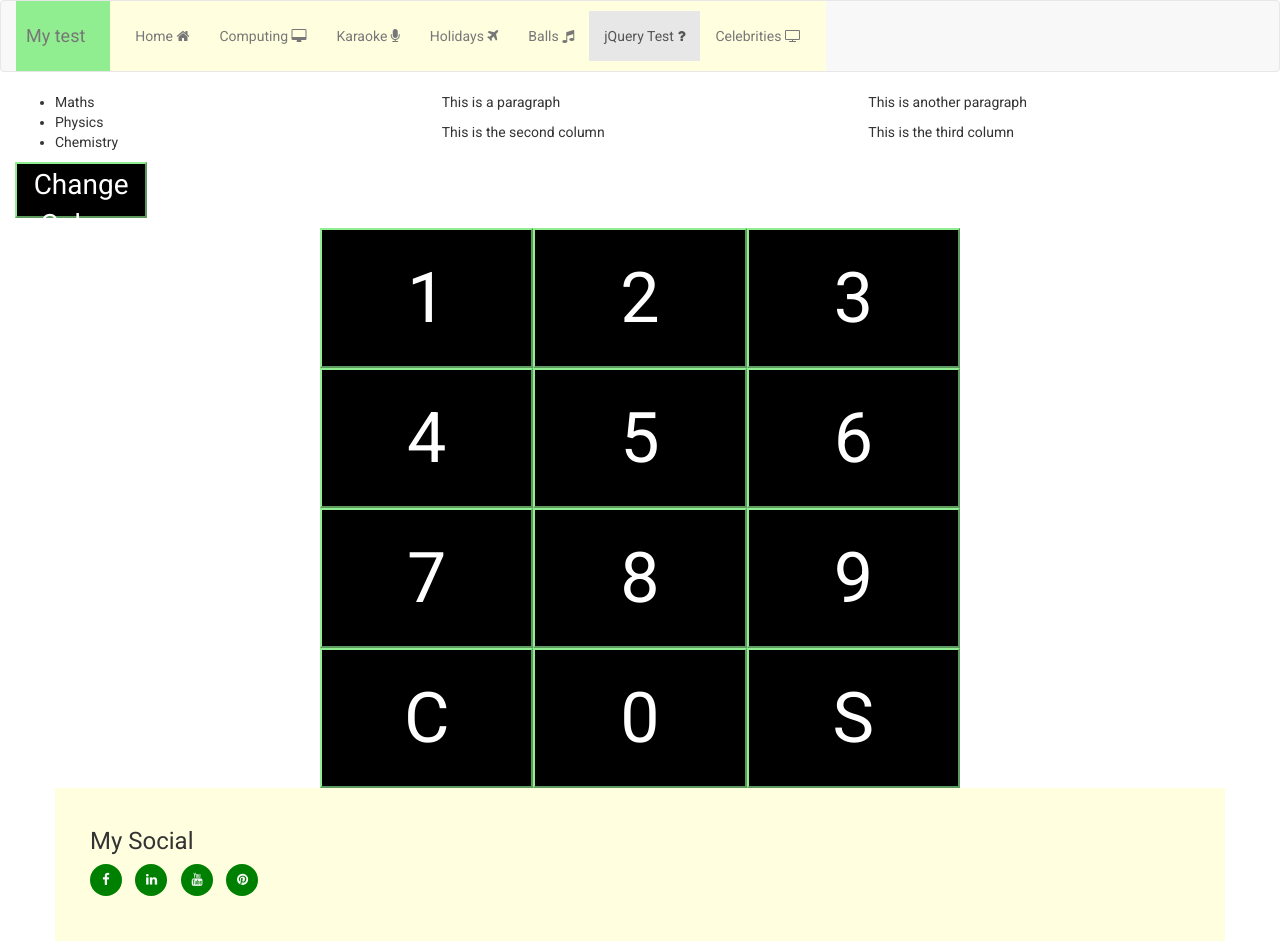
Repository: derektypist/bootstrap
Page: jquerydemo.html
The author's editor kept a record of every edit. The page is drawn from the files as they stood at one moment, then again after the next edit.
The browser window is 1280 px wide. The pictures show the whole page.
Some web libraries are served in a nearby version.

Above is the page before.

### jquerydemo.html
<!DOCTYPE html>
<html>
<head>
<meta name="viewport" content="width=device-width, initial-scale=1.0">
<title>Derek's Bootstrap Experience - Jquery Test</title>

<!-- Load Style Sheets -->

<link rel="stylesheet" href="https://maxcdn.bootstrapcdn.com/bootstrap/3.3.7/css/bootstrap.min.css">
<link rel="stylesheet" href="https://maxcdn.bootstrapcdn.com/font-awesome/4.7.0/css/font-awesome.min.css" type="text/css" />
<link rel="stylesheet" href="style.css" type="text/css">

<!-- Load Scripts -->
<script src="https://code.jquery.com/jquery-3.2.1.min.js" integrity="sha256-hwg4gsxgFZhOsEEamdOYGBf13FyQuiTwlAQgxVSNgt4=" crossorigin="anonymous"></script>
<script src="https://maxcdn.bootstrapcdn.com/bootstrap/3.3.7/js/bootstrap.min.js" integrity="sha384-Tc5IQib027qvyjSMfHjOMaLkfuWVxZxUPnCJA7l2mCWNIpG9mGCD8wGNIcPD7Txa" crossorigin="anonymous"></script>
<script>
    $(document).ready(function(){
        $("#subjects").click(function(){
            $(".myhighlight").css("color", "orange");
        });
        $("p").mouseenter(function(){
            $(this).css("color", "green")
        });
        $("p").mouseleave(function(){
            $(this).css("color", "purple")
        });
    });
</script>
</head>
<body>
<nav class="navbar navbar-default">
        <div class="container-fluid">
            <!-- Logo -->
            <div class="navbar-header">
                <a href="index.html" class="navbar-brand">My test</a>
            </div>

            <!-- navbar with icons -->
            <ul class="nav navbar-nav">
                <li><a href="index.html">Home <i class="fa fa-home" aria-hidden="true"></i></a></li>
                <li><a href="computing.html">Computing <i class="fa fa-desktop" aria-hidden="true"></i></a></li>
                <li><a href="karaoke.html">Karaoke <i class="fa fa-microphone" aria-hidden="true"></i></a></li>
                <li><a href="holidays.html">Holidays <i class="fa fa-plane" aria-hidden="true"></i></a></li>
                <li><a href="balls.html">Balls <i class="fa fa-music" aria-hidden="true"></i></a></li>
                <li class="active"><a href="jquerydemo.html">jQuery Test <i class="fa fa-question" aria-hidden="true"></i></a></li>
                <li><a href="celebrities.html">Celebrities <i class="fa fa-television" aria-hidden="true"></i></a></li>
            </ul>
        </div>
    </nav>

    <!-- Section for Setting Up List Items and Paragraphs -->
    <section class="container-fluid">
        <article class="row">
            <article class="col-sm-4">
                <ul>
                <li class="myhighlight">Maths</li>
                <li>Physics</li>
                <li>Chemistry</li>
            </ul>
            <button id="subjects">Change Colour</button>
            </article>
            <article class="col-sm-4">
                <p>This is a paragraph</p>
                <p>This is the second column</p>
            </article>
            <article class="col-sm-4">
                <p>This is another paragraph</p>
                <p>This is the third column</p>
            </article>

        </article>

        <!-- Set Up Blank Row -->
        <article class="row"></article>

        <!-- Set Up Blank Paragraph -->
        <p></p>
       </section>

        <!-- Section for Setting Up Keypad -->
        <section class="container-fluid" id="keypad">

                <!-- Set Up Display -->
                <article id="display"></div>

                <!-- Set Up First Row for Keypad -->
                <article class="row">
                    <button id="one">1</button>
                    <button id="two">2</button>
                    <button id="three">3</button>
                </article>

                <!-- Set Up Second Row for Keypad -->
                <article class="row">
                    <button id="four">4</button>
                    <button id="five">5</button>
                    <button id="six">6</button>
                </article>

                <!-- Set Up Third Row for Keypad -->
                <article class="row">
                    <button id="seven">7</button>
                    <button id="eight">8</button>
                    <button id="nine">9</button>
                </article>

                <!-- Set Up Fourth Row for Keypad -->
                <article class="row">
                    <button id="clear">C</button>
                    <button id="zero">0</button>
                    <button id="settings">S</button>
                </article>
            </article>





    </section>

     <!-- Footer -->
       <footer class="container">
           <div class="row" id="footer-details">
               <h3>My Social</h3>
               <ul class="list-inline social-links">

                    <li><a target="_blank" href="https://www.facebook.com/derek.dhammaloka/" title="Facebook"><i class="fa fa-facebook"></i></a></li>
                    <li><a target="_blank" href="https://www.linkedin.com/in/derekdhammaloka" title="LinkedIn"><i class="fa fa-linkedin"></i></a></li>
                    <li><a target="_blank" href="https://www.youtube.com/user/derekthesec" title="YouTube"><i class="fa fa-youtube"></i></a></li>
                    <li><a target="_blank" href="https://www.pinterest.co.uk/derekthesec" title="Pinterest"><i class="fa fa-pinterest"></i></a></li>
               </ul>
           </div>
       </footer>

</body>
</html>

### style.css
/* Import Font */

@import url('https://fonts.googleapis.com/css?family=Roboto');

/* Body */

body {

    font-family: "Roboto", Arial, Verdana, sans-serif;
    height: 100%;
}

/* Liked Comments */

.liked {
    background-color: lightblue;
    padding: 10px;
}

/* Jumbotron */

.jumbotron {
    background-color: pink;
}

/* List Items */

.list-items {
    color: green;
}

.list-items a {
    text-decoration: none;
    color: orange;
}

.list-items a:hover {
    text-decoration: none;
    color: purple;
}

/* Margin Styles */
.mgn-col {
    margin-left: 10px;
}

/* Navbar Styles */
.navbar-header {
    background-color: lightgreen;
    padding: 10px;
}

.navbar-nav {
    background-color: lightyellow;
    padding: 10px;
}

/* Table Styles */
th {
    background-color: lightblue;
}


/* Download PDF Styles */
.download-pdf {
    color: green;
    text-align: center;
    font-size: 18px;
    padding-left: 5px;
}

.download-pdf i:hover {
    color: orange;
    transition: all 0.35s ease-in-out;
    -moz-transition: all 0.35s ease-in-out;
    -webkit-transition: all 0.35s ease-in-out;
    -o-transition: all 0.35s ease-in-out;
}

/* Footer */
footer {
    background-color: lightyellow;
    min-height: 50px;
    margin: 0;
}

.social-links {
    padding-bottom: 15px;
}

.social-links li a i {
    width: 32px;
    height: 32px;
    padding: 12px 0px;
    border-radius: 50%;
    font-size: 13px;
    line-height: 7px;
    text-align: center;
    color: #fafafa;
    background: green;
    transition: all 0.35s ease-in-out;
    -moz-transition: all 0.35s ease-in-out;
    -webkit-transition: all 0.35s ease-in-out;
    -o-transition: all 0.35s ease-in-out;

}

.social-links li a i:hover {
    background: purple;

}

#footer-details {
    margin: 20px;
}

/* jQueryDemo - Subjects */
.row button #subjects
{
    background-color: black;
}



/* jQueryDemo - Keypad */

#keypad {
    width: 50%;
    margin: auto;
}

#display {
    height: 75px;
    font-size: 2.5em;
    background-color: seagreen;
    color: white;
    text-align: center;
}

.row button {
    background-color: black;
    color: white;
    font-size: 2em;
    height: 2em;
    float: left;
    border-color: lightgreen;
    margin-left: 0px;
    margin-right: 0px;
}

button {
    width: 33.333%;
}

After the next edit:
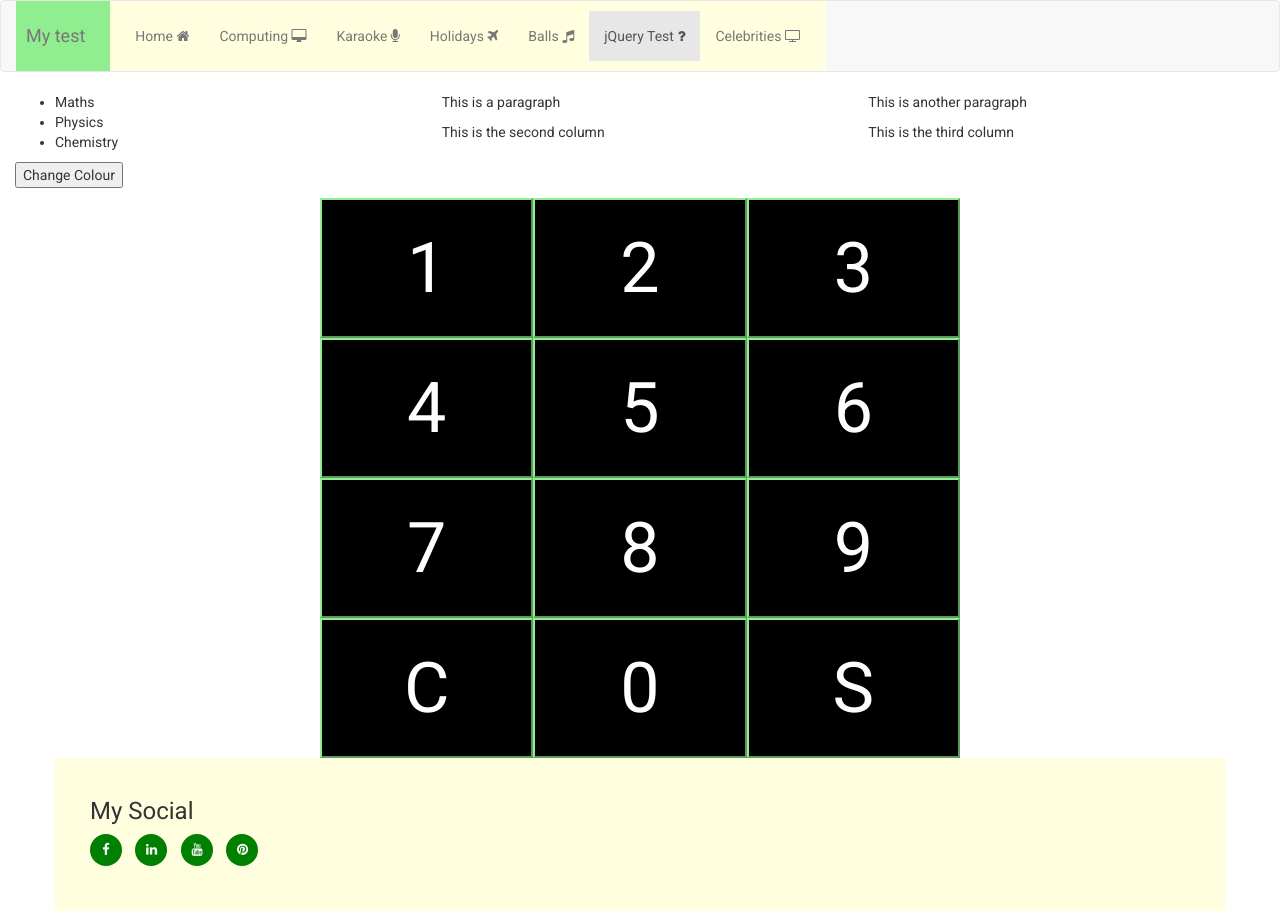
The edit:
--- a/jquerydemo.html
+++ b/jquerydemo.html
@@ -57,7 +57,7 @@
                 <li>Physics</li>
                 <li>Chemistry</li>
             </ul>
-            <button id="subjects">Change Colour</button>
+            <input type="button" id="subjects" value="Change Colour"/>
             </article>
             <article class="col-sm-4">
                 <p>This is a paragraph</p>
